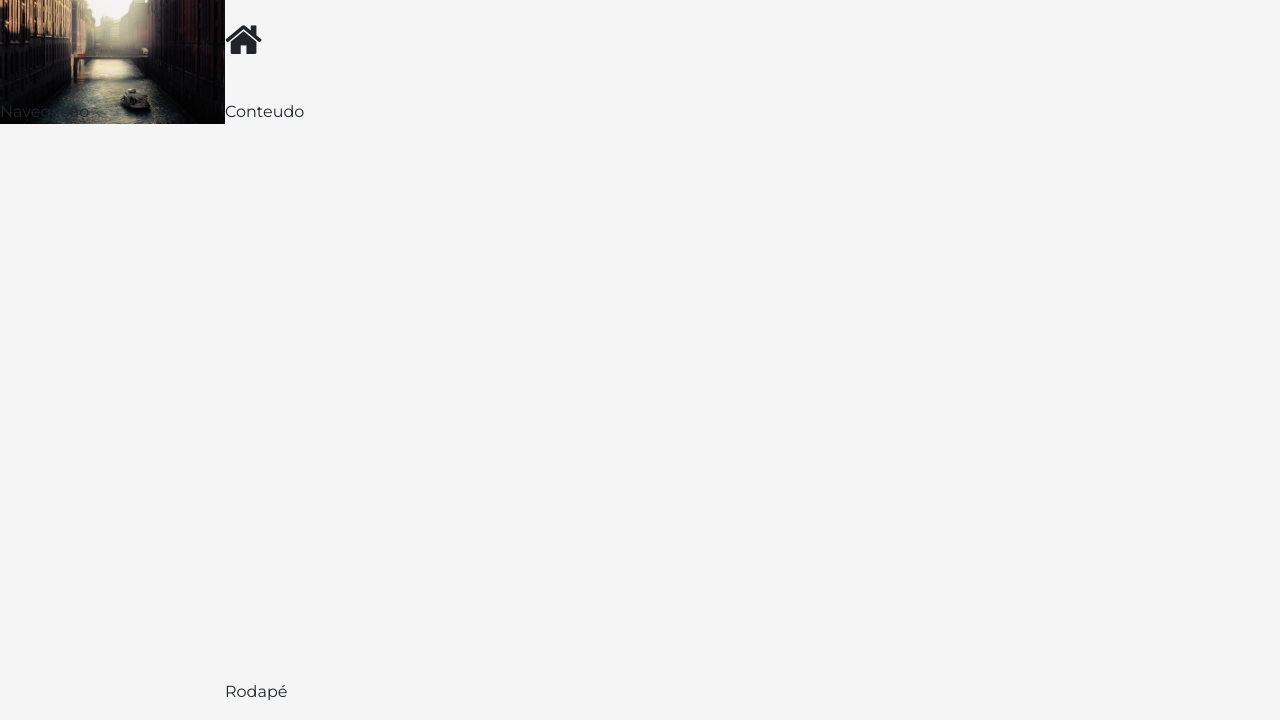
Repository: eversonps/projeto-cadastro-usuarios-firebase
Page: /users (app in frontend/)
These files come from the project's save history. The page is drawn as it stood at one moment and after the next save; the edit follows.
The browser window is 1280 px wide. The pictures show the whole page.
The project was rebuilt for these pictures with package versions that can differ from the ones it lists, and the page was loaded fresh each time. Also part of the build but not shown: frontend/src/components/template/nav.css, frontend/src/components/template/header.css, frontend/src/components/template/footer.css.

Above is the page before, as saved 2022-03-21 17:57:19.

### frontend/public/index.html
<!DOCTYPE html>
<html lang="en">
  <head>
    <meta charset="utf-8" />
    <link rel="icon" href="%PUBLIC_URL%/favicon.ico" />
    <link rel="preconnect" href="https://fonts.googleapis.com">
    <link rel="preconnect" href="https://fonts.gstatic.com" crossorigin>
    <link href="https://fonts.googleapis.com/css2?family=Montserrat:wght@300;400;700&display=swap" rel="stylesheet">
    <meta name="viewport" content="width=device-width, initial-scale=1" />
    <meta name="theme-color" content="#000000" />
    <meta
      name="description"
      content="Web site created using create-react-app"
    />
    <link rel="apple-touch-icon" href="%PUBLIC_URL%/logo192.png" />
    <!--
      manifest.json provides metadata used when your web app is installed on a
      user's mobile device or desktop. See https://developers.google.com/web/fundamentals/web-app-manifest/
    -->
    <link rel="manifest" href="%PUBLIC_URL%/manifest.json" />
    <!--
      Notice the use of %PUBLIC_URL% in the tags above.
      It will be replaced with the URL of the `public` folder during the build.
      Only files inside the `public` folder can be referenced from the HTML.

      Unlike "/favicon.ico" or "favicon.ico", "%PUBLIC_URL%/favicon.ico" will
      work correctly both with client-side routing and a non-root public URL.
      Learn how to configure a non-root public URL by running `npm run build`.
    -->
    <title>React App</title>
  </head>
  <body>
    <noscript>You need to enable JavaScript to run this app.</noscript>
    <div id="root"></div>
    <!--
      This HTML file is a template.
      If you open it directly in the browser, you will see an empty page.

      You can add webfonts, meta tags, or analytics to this file.
      The build step will place the bundled scripts into the <body> tag.

      To begin the development, run `npm start` or `yarn start`.
      To create a production bundle, use `npm run build` or `yarn build`.
    -->
  </body>
</html>

### frontend/src/index.js
import React from 'react';
import ReactDOM from 'react-dom';
import './index.css';
import App from './main/app';
import reportWebVitals from './reportWebVitals';

ReactDOM.render(
  <React.StrictMode>
    <App />
  </React.StrictMode>,
  document.getElementById('root')
);

// If you want to start measuring performance in your app, pass a function
// to log results (for example: reportWebVitals(console.log))
// or send to an analytics endpoint. Learn more: https://bit.ly/CRA-vitals
reportWebVitals();

### frontend/src/main/app.jsx
import "./app.css"
import "bootstrap/dist/css/bootstrap.min.css"
import "font-awesome/css/font-awesome.min.css"
import React from "react"

import Logo from "../components/template/logo"
import Nav from "../components/template/nav"
import Main from "../components/template/main"
import Footer from "../components/template/footer"

export default props => {
    return (
        <div className="app">
        <Logo></Logo>
        <Nav></Nav>
        <Main icon="home" title="Inicio" subtitle="Segundo Projeto do capítulo de React"></Main>
        <Footer></Footer>
    </div>
    )
}

### frontend/src/main/app.css
:root{
    --bg-dark: #1A2F3A;
    --logo-height: 100px;
    --header-height: 100px;
    --aside-width: 225px;
    --footer-height: 40px;

    --shadow: 0 2px 23px 0 rgba(0, 0, 0, 0.1), 0 2px 49px 0 rgba(0, 0, 0, 0.06);
}

* {
    box-sizing: border-box;
    font-family: 'Montserrat', sans-serif;
}

.app{
    margin: 0px;
    display: grid;
    grid-template-columns: var(--aside-width) 1fr;
    grid-template-rows: var(--header-height) 1fr var(--footer-height);
    grid-template-areas:
        "logo header"
        "menu content"
        "menu footer";
    height: 100vh;
    background-color: #F5F5F5;
}

aside.logo{
    grid-area: logo;
}

header.header{
    grid-area: header;
}

aside.menu-area{
    grid-area: menu;
}

main.content{
    grid-area: content;
}

footer.footer{
    grid-area: footer;
}

### frontend/src/components/template/logo.jsx
import React from "react"
import "./logo.css"
import logo from "../../assets/images/logo.jpg"

export default props => (
    <aside className="logo">
        <a href="/" className="logo">
            <img src={logo} alt="logo" />
        </a>
    </aside>
)

### frontend/src/components/template/nav.jsx
import React from "react"
import "./nav.css"

export default props => {
    return (
        <aside className="menu-area">
            Navegação
        </aside>
    )
}

### frontend/src/components/template/main.jsx
import React from "react"
import Header from "./header"

export default props => (
    <>
        <Header {...props}></Header>
        <main className="content">
            Conteudo
        </main>
    </>
)

### frontend/src/components/template/footer.jsx
import React from "react";
import "./footer.css"

export default props => (
    <footer className="footer">Rodapé</footer>
)

### frontend/src/components/template/logo.css
aside.logo{
    background-color: var(--bg-dark);
    display: flex;
    justify-content: center;
    align-items: center;
}

aside.logo img {
    padding: 0px;
    width: 100%;
}

### frontend/src/components/template/header.jsx
import React from "react";
import "./header.css"

export default props => (
    <header className="header d-none d-sm-flex flex-column">
        <h1 className="mt-3">
            <i className={`fa fa-${props.icon}`}></i>
        </h1>
    </header>
)

Loaded but not shown: frontend/src/index.css (common file); frontend/src/reportWebVitals.js (common file)

After the next save:
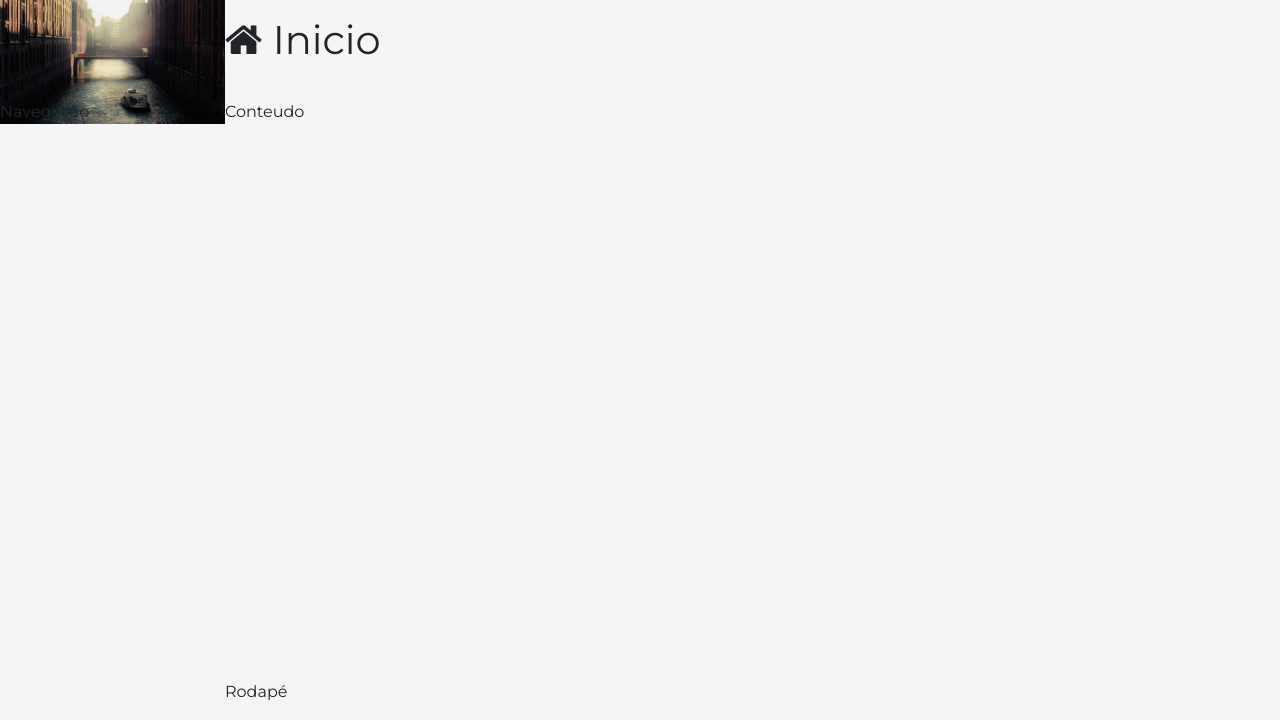
Saved 24 s later.
--- a/frontend/src/components/template/header.jsx
+++ b/frontend/src/components/template/header.jsx
@@ -4,7 +4,7 @@ import "./header.css"
 export default props => (
     <header className="header d-none d-sm-flex flex-column">
         <h1 className="mt-3">
-            <i className={`fa fa-${props.icon}`}></i>
+            <i className={`fa fa-${props.icon}`}></i> {props.title}
         </h1>
     </header>
 )
